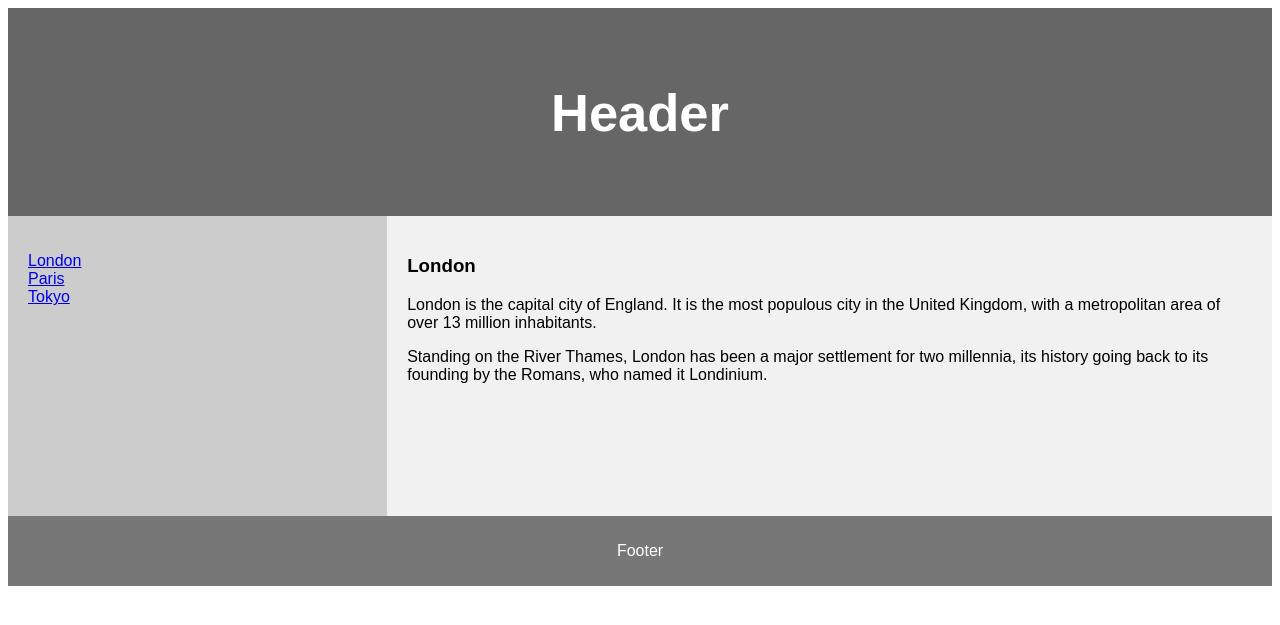
Repository: SamSam1701/SpringMVC
Page: http://localhost/DiamondShop/WEB-INF/views/user/index.jsp
An editor plug-in stored every save of this project. The page is shown before and after the next save, followed by the edit.
The browser window is 1280 px wide. The pictures show the whole page.
The page is served by Tomcat 9. Nobody is signed in. Other server files are loaded and not shown. The template is opened directly, without the code that normally fills it, so the values that code supplies are empty.

Above is the page before, as saved 2022-05-15 14:40:27.

### DiamondShop/src/main/webapp/WEB-INF/views/user/index.jsp
<%@ page language="java" contentType="text/html; charset=UTF-8"
	pageEncoding="UTF-8"%>
<!DOCTYPE html>
<html lang="en">
<head>
<title>CSS Template</title>
<meta charset="utf-8">
<meta name="viewport" content="width=device-width, initial-scale=1">
<style>
* {
  box-sizing: border-box;
}

body {
  font-family: Arial, Helvetica, sans-serif;
}

/* Style the header */
header {
  background-color: #666;
  padding: 30px;
  text-align: center;
  font-size: 35px;
  color: white;
}

/* Create two columns/boxes that floats next to each other */
nav {
  float: left;
  width: 30%;
  height: 300px; /* only for demonstration, should be removed */
  background: #ccc;
  padding: 20px;
}

/* Style the list inside the menu */
nav ul {
  list-style-type: none;
  padding: 0;
}

article {
  float: left;
  padding: 20px;
  width: 70%;
  background-color: #f1f1f1;
  height: 300px; /* only for demonstration, should be removed */
}

/* Clear floats after the columns */
section::after {
  content: "";
  display: table;
  clear: both;
}

/* Style the footer */
footer {
  background-color: #777;
  padding: 10px;
  text-align: center;
  color: white;
}

/* Responsive layout - makes the two columns/boxes stack on top of each other instead of next to each other, on small screens */
@media (max-width: 600px) {
  nav, article {
    width: 100%;
    height: auto;
  }
}
</style>
</head>
<body>

<header>
  <h2>Header</h2>
</header>

<section>
  <nav>
    <ul>
      <li><a href="#">London</a></li>
      <li><a href="#">Paris</a></li>
      <li><a href="#">Tokyo</a></li>
    </ul>
  </nav>

  <article>
    <h1>London</h1>
    <p>London is the capital city of England. It is the most populous city in the  United Kingdom, with a metropolitan area of over 13 million inhabitants.</p>
    <p>Standing on the River Thames, London has been a major settlement for two millennia, its history going back to its founding by the Romans, who named it Londinium.</p>
  </article>
</section>

<footer>
  <p>Footer</p>
</footer>

</body>
</html>

After the next save:
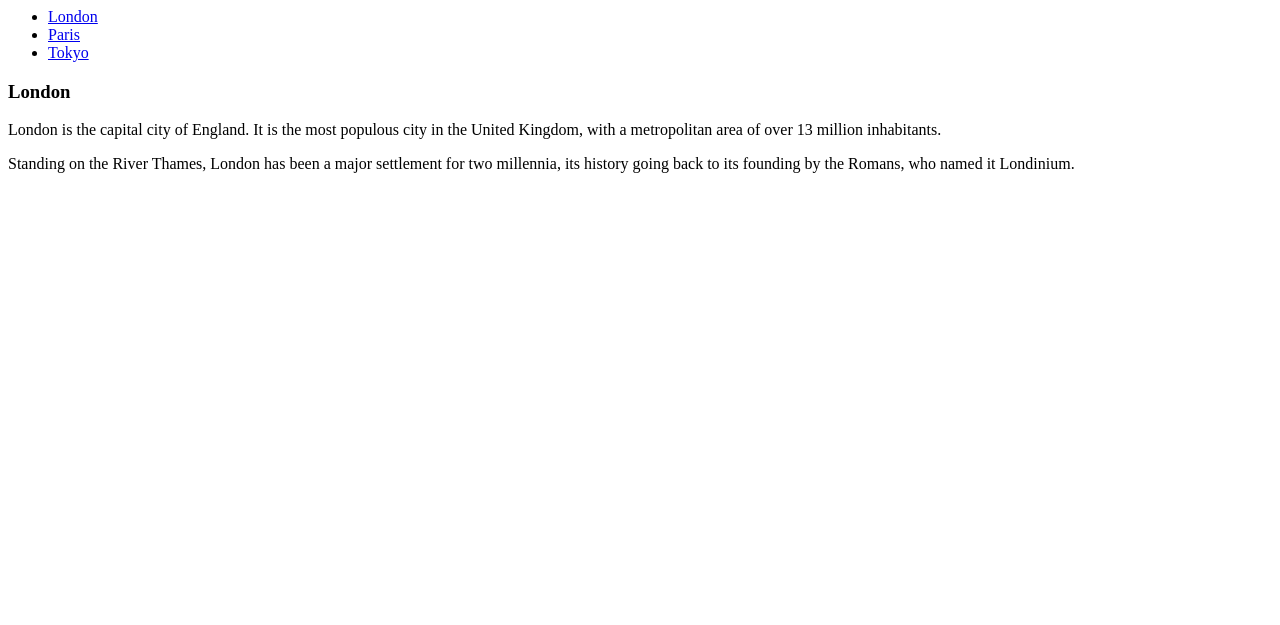
Saved 3 min 17 s later.
--- a/DiamondShop/src/main/webapp/WEB-INF/views/user/index.jsp
+++ b/DiamondShop/src/main/webapp/WEB-INF/views/user/index.jsp
@@ -1,81 +1,8 @@
 <%@ page language="java" contentType="text/html; charset=UTF-8"
 	pageEncoding="UTF-8"%>
-<!DOCTYPE html>
-<html lang="en">
-<head>
-<title>CSS Template</title>
-<meta charset="utf-8">
-<meta name="viewport" content="width=device-width, initial-scale=1">
-<style>
-* {
-  box-sizing: border-box;
-}
 
-body {
-  font-family: Arial, Helvetica, sans-serif;
-}
-
-/* Style the header */
-header {
-  background-color: #666;
-  padding: 30px;
-  text-align: center;
-  font-size: 35px;
-  color: white;
-}
-
-/* Create two columns/boxes that floats next to each other */
-nav {
-  float: left;
-  width: 30%;
-  height: 300px; /* only for demonstration, should be removed */
-  background: #ccc;
-  padding: 20px;
-}
-
-/* Style the list inside the menu */
-nav ul {
-  list-style-type: none;
-  padding: 0;
-}
-
-article {
-  float: left;
-  padding: 20px;
-  width: 70%;
-  background-color: #f1f1f1;
-  height: 300px; /* only for demonstration, should be removed */
-}
-
-/* Clear floats after the columns */
-section::after {
-  content: "";
-  display: table;
-  clear: both;
-}
-
-/* Style the footer */
-footer {
-  background-color: #777;
-  padding: 10px;
-  text-align: center;
-  color: white;
-}
-
-/* Responsive layout - makes the two columns/boxes stack on top of each other instead of next to each other, on small screens */
-@media (max-width: 600px) {
-  nav, article {
-    width: 100%;
-    height: auto;
-  }
-}
-</style>
-</head>
 <body>
 
-<header>
-  <h2>Header</h2>
-</header>
 
 <section>
   <nav>
@@ -93,9 +20,4 @@ footer {
   </article>
 </section>
 
-<footer>
-  <p>Footer</p>
-</footer>
-
 </body>
-</html>
